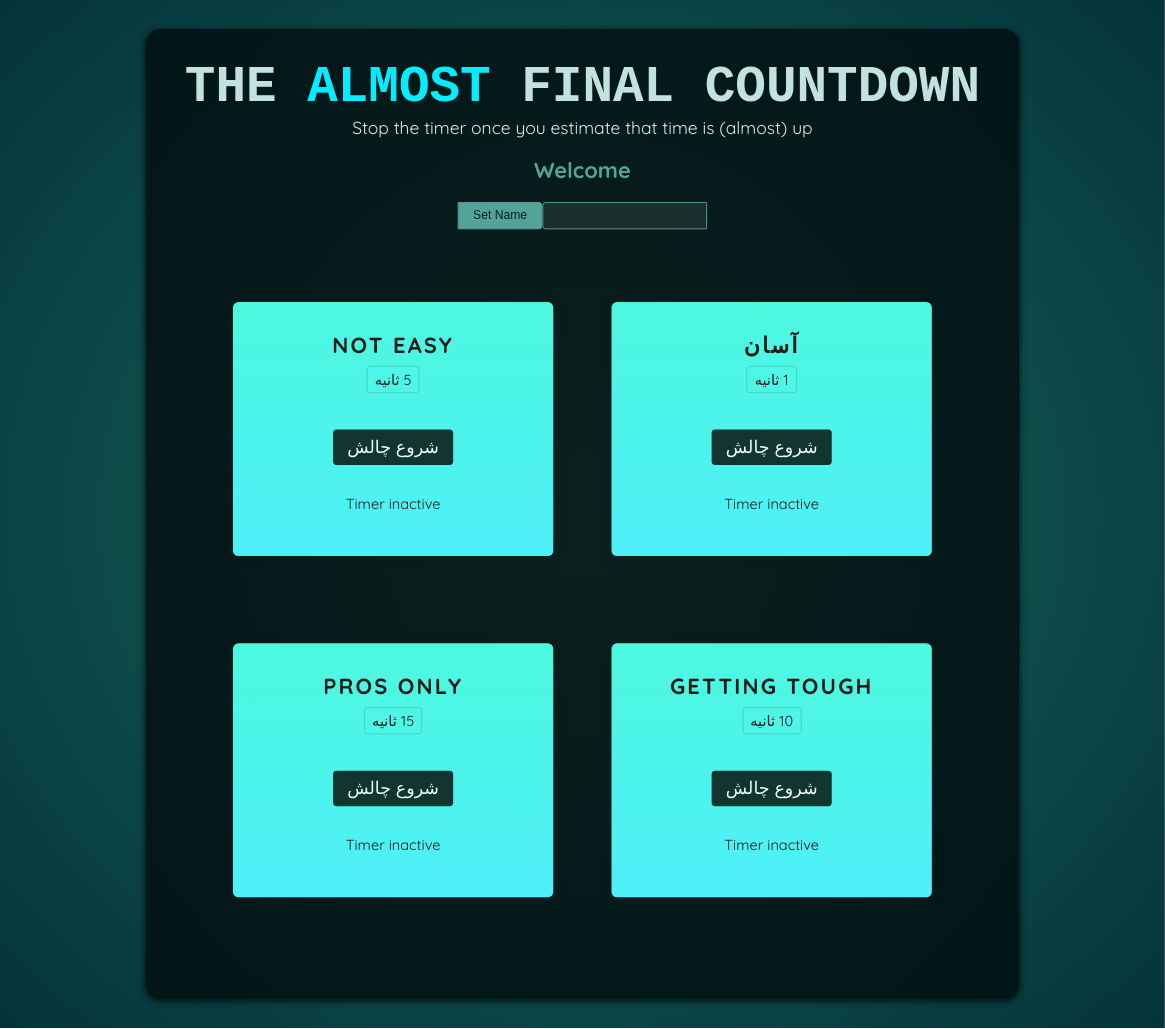
Repository: H-ala/react-near-end
Page: /
The author's editor kept a copy of each file at every save. The page is drawn from the files as they stood at one save, then again after the next save.
The browser window is 1280 px wide. The pictures show the whole page, at 91% of full size.
Some web fonts or font styles are not loaded; a fallback is used. The project was rebuilt for these pictures with package versions that can differ from the ones it lists, and the page was loaded fresh each time. Also part of the build but not shown: vite.config.js.

Above is the page before, as saved 2025-10-21 19:05:24.

After the next save:
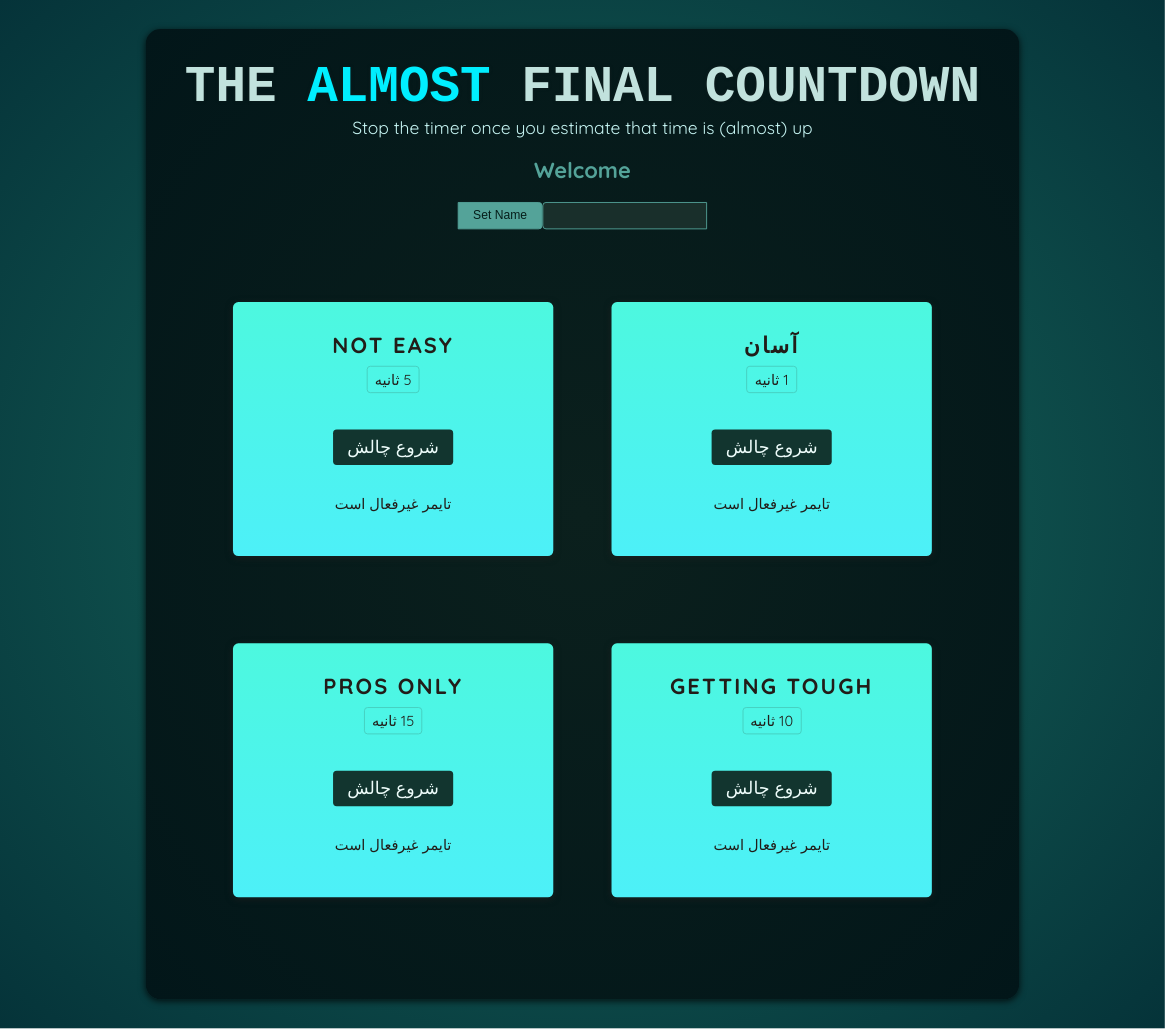
Saved 39 s later.
--- a/src/components/TimerChallenge.jsx
+++ b/src/components/TimerChallenge.jsx
@@ -47,7 +47,7 @@ export default function TimerChallenge({ title, targetTime }) {
           </button>
         </p>
         <p className={timerIsActive ? "active" : undefined}>
-          {timerIsActive ? "Time is running..." : "Timer inactive"}
+          {timerIsActive ? "زمان داره میگذره..." : "تایمر غیرفعال است"}
         </p>
       </section>
     </>
